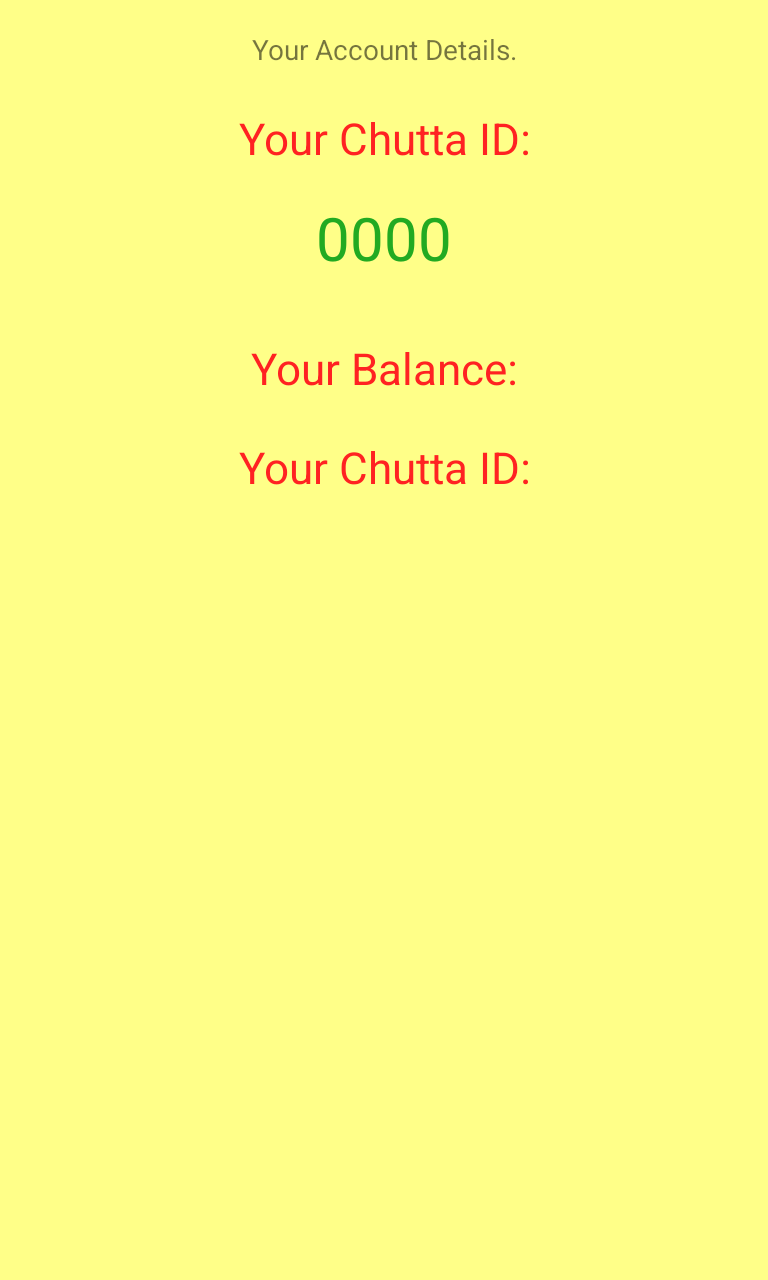
Repository: pankajksharma/chutta-pay
Layout: ChuttaPay/res/layout/activity_account.xml
An editor plug-in stored every save of this project. The layout is shown before and after the next save, followed by the edit.
It is drawn on a 768 x 1280 px phone screen (xhdpi) without system bars, with theme AppTheme; the app's code is not run.

Above is the layout before, as saved 2014-04-26 16:27:53.

After the next save:
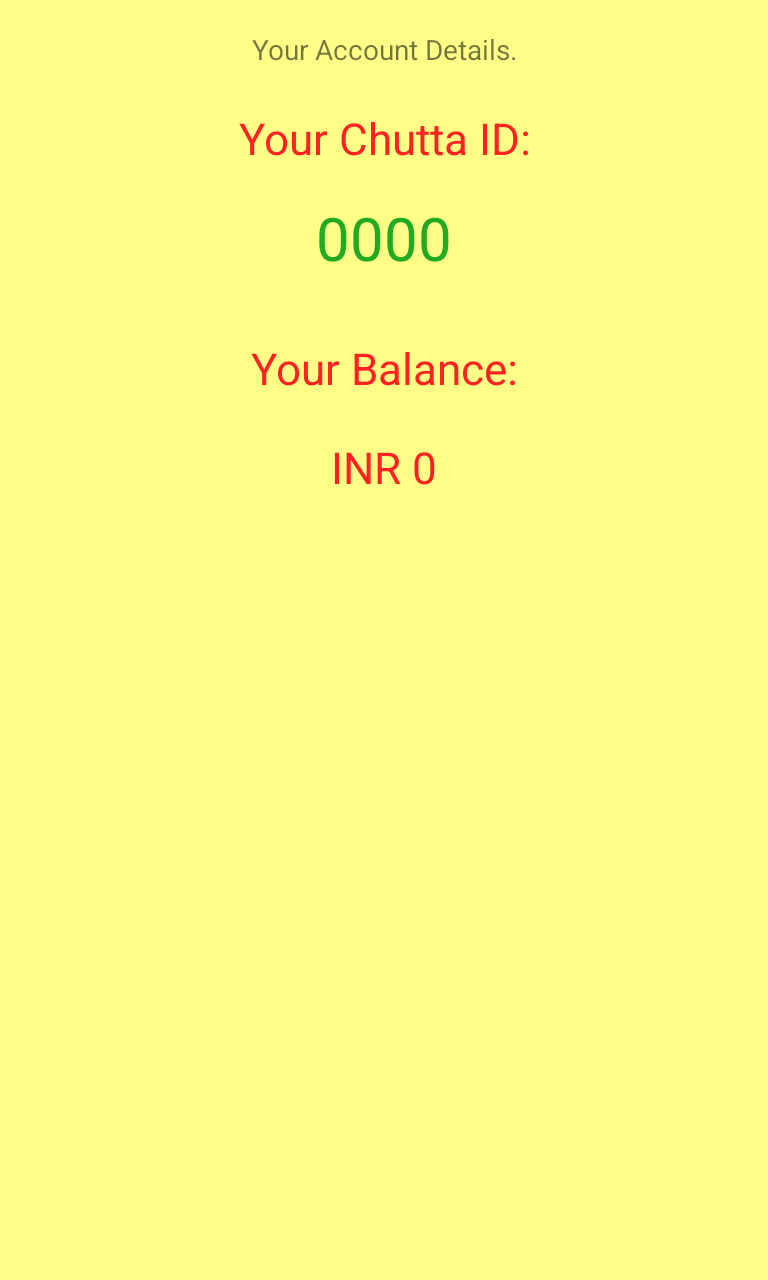
Saved 14 s later.
--- a/ChuttaPay/res/layout/activity_account.xml
+++ b/ChuttaPay/res/layout/activity_account.xml
@@ -55,7 +55,7 @@
             android:layout_marginBottom="20dp"
             android:textColor="#ff2222"
             android:textSize="22dp"
-            android:text="Your Chutta ID:" />
+            android:text="INR 0" />
 
     </LinearLayout>
 
